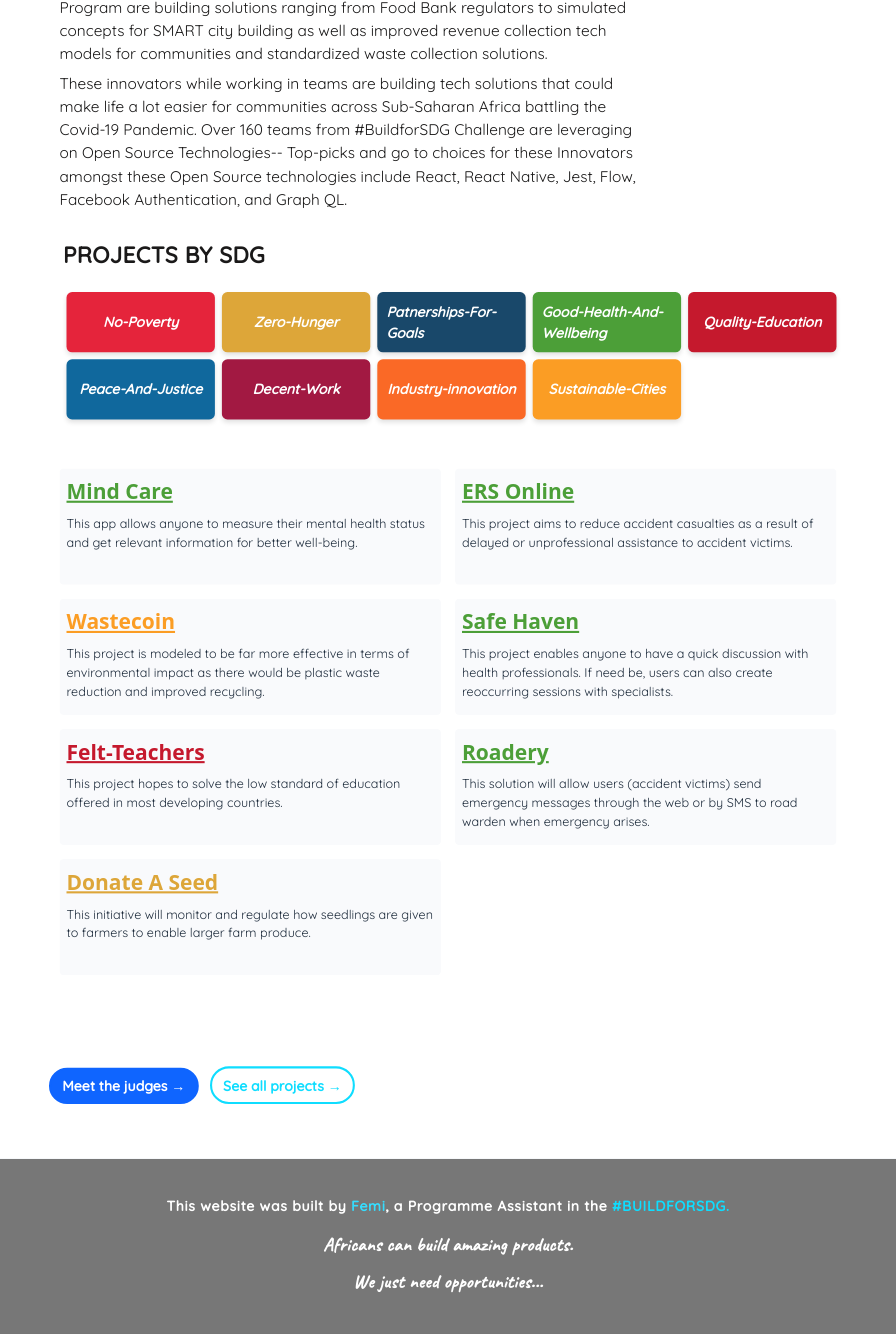
Repository: akinsikuoluwafemi/sdg-showcase-landing-page
Page: /
An editor plug-in stored every save of this project. The page is shown before and after a run of saves, followed by the edit.
The browser window is 1280 px wide. The pictures show the part of the page from y = 1156 to 3076 px (the page is 3061 px tall before and 3076 px after), at 70% of full size.
Some web libraries are served in a nearby version. The project was rebuilt for these pictures with package versions that can differ from the ones it lists, and the page was loaded fresh each time. Also part of the build but not shown: src/data.js, src/pages/Themes.js, src/pages/Projects.js, src/pages/Judges.js, src/pages/SingleTheme.js. Imported but missing from the stored project, and not drawn on this page: src/pages/Error.

Above is the page before, as saved 2020-07-24 21:58:46.

### public/index.html
<!DOCTYPE html>
<html lang="en">
  <head>
    <meta charset="utf-8" />
    <link rel="icon" href="%PUBLIC_URL%/favicon.ico" />
    <meta name="viewport" content="width=device-width, initial-scale=1" />
    <meta name="theme-color" content="#000000" />
    <meta
      name="description"
      content="Web site created using create-react-app"
    />
    <link rel="apple-touch-icon" href="%PUBLIC_URL%/logo192.png" />
    <!--
      manifest.json provides metadata used when your web app is installed on a
      user's mobile device or desktop. See https://developers.google.com/web/fundamentals/web-app-manifest/
    -->
    <link rel="manifest" href="%PUBLIC_URL%/manifest.json" />
    <script defer src="https://use.fontawesome.com/releases/v5.0.6/js/all.js"></script>
    <link rel="manifest" href="%PUBLIC_URL%/manifest.json" />
    <link rel="stylesheet" href="https://stackpath.bootstrapcdn.com/bootstrap/4.4.1/css/bootstrap.min.css" integrity="sha384-Vkoo8x4CGsO3+Hhxv8T/Q5PaXtkKtu6ug5TOeNV6gBiFeWPGFN9MuhOf23Q9Ifjh"
      crossorigin="anonymous">
      <link href="https://fonts.googleapis.com/css2?family=Alfa+Slab+One&family=Anton&display=swap" rel="stylesheet">
      <link href="https://fonts.googleapis.com/css2?family=Caveat&display=swap" rel="stylesheet">
      <link href="https://fonts.googleapis.com/css2?family=Quicksand:wght@300;400;500&display=swap" rel="stylesheet">
      <link rel="stylesheet" href="https://cdnjs.cloudflare.com/ajax/libs/animate.css/4.0.0/animate.min.css" />
    <!--
      Notice the use of %PUBLIC_URL% in the tags above.
      It will be replaced with the URL of the `public` folder during the build.
      Only files inside the `public` folder can be referenced from the HTML.

      Unlike "/favicon.ico" or "favicon.ico", "%PUBLIC_URL%/favicon.ico" will
      work correctly both with client-side routing and a non-root public URL.
      Learn how to configure a non-root public URL by running `npm run build`.
    -->

    <title>Buildforsdg Showcase Page</title>
  </head>
  <body>
    <noscript>You need to enable JavaScript to run this app.</noscript>
    <div id="root"></div>
    <!-- <div id="modal"></div> -->

    <!--
      This HTML file is a template.
      If you open it directly in the browser, you will see an empty page.

      You can add webfonts, meta tags, or analytics to this file.
      The build step will place the bundled scripts into the <body> tag.

      To begin the development, run `npm start` or `yarn start`.
      To create a production bundle, use `npm run build` or `yarn build`.
    -->
    <script src="https://code.jquery.com/jquery-3.3.1.slim.min.js" integrity="sha384-q8i/X+965DzO0rT7abK41JStQIAqVgRVzpbzo5smXKp4YfRvH+8abtTE1Pi6jizo"
      crossorigin="anonymous">
      </script>
    <script src="https://cdnjs.cloudflare.com/ajax/libs/popper.js/1.14.7/umd/popper.min.js" integrity="sha384-UO2eT0CpHqdSJQ6hJty5KVphtPhzWj9WO1clHTMGa3JDZwrnQq4sF86dIHNDz0W1"
      crossorigin="anonymous">
      </script>
    <script src="https://stackpath.bootstrapcdn.com/bootstrap/4.3.1/js/bootstrap.min.js" integrity="sha384-JjSmVgyd0p3pXB1rRibZUAYoIIy6OrQ6VrjIEaFf/nJGzIxFDsf4x0xIM+B07jRM"
      crossorigin="anonymous">
      </script>


  </body>
</html>

### src/index.css
html {
  font-size: 62.5%!important;
}

body {

  -webkit-font-smoothing: antialiased;
  -moz-osx-font-smoothing: grayscale;
    font-family: "Klima Web", system-ui, -apple-system, BlinkMacSystemFont, "Segoe UI", Roboto, "Helvetica Neue", Helvetica, sans-serif;
    font-family: "Quicksand",sans-serif;
    /* line-height: 1.5; */
    font-weight: 400;
    color: #1f2d3d;
    margin: 0px;
    padding: 0px;
}

code {
  font-family: source-code-pro, Menlo, Monaco, Consolas, 'Courier New',
    monospace;
}

### src/pages/Home.js
import React, { useEffect, useContext, useState } from 'react';
import { Link } from 'react-router-dom';
import '../App.scss';

import Aos from 'aos';
import "aos/dist/aos.css";
import Footer from '../components/Footer/Footer';
import { ModeContext } from '../contexts/ModeContext';
import { ModalContext } from '../contexts/ModalContext';
import { ProjectContext } from '../contexts/context';

import ProjectList from '../components/ProjectList/ProjectList';
import ProjectDetail from '../components/ProjectDetail/ProjectDetail';
import sdg from '../images/sdg.png';
import andela from '../images/andela.png';
import ThemeContainer from '../components/ThemeContainer';

const Home = () => {

    useEffect(() => {
        Aos.init({
            duration: 2000
        })
    },[])

    let { darkMode } = useContext(ModeContext)
    let { featuredProjects : projects, loading }= useContext(ProjectContext);
    console.log(loading)
    let [selectedProject, setSelectedProject] = useState(null);

    const [showModal, setShowModal] = useState(false)


    const onProjectSelect = (project) => {
        setSelectedProject(project);

    }



    return (
        <ModalContext.Provider value={{ showModal, setShowModal }}>

            <div>

                <div className="bg-header">
                    <div className="page-head">
                        <div className="sponsors">
                            <span style={{ textAlign: 'center' }}> <img className="andela" src={andela} alt="andela" /> &nbsp; </span> <span className="facebook">FACEBOOK</span>
                        </div>

                        <p className="build-container">#BUILDF<span><img className="sdg-small" src={sdg} alt="sdg" />R</span> <span >SDG</span></p>
                        <p className="challenge animate__animated animate__pulse">CHALLENGE <span className="year">2020</span></p>

                    </div>


                </div>





                <div className={darkMode ? `dark-mode bg-section2` : `light-mode bg-section2`}>
                    <div className="container ">
                        <div className="row">
                            <div className="col-12 col-lg-9 my-5 intro-container">
                                <p className={darkMode ? `color-light`: `color-dark`}>The <span style={{ color: '#0fddff' }}>#BuildforSDG</span> Challenge is a Facebook and Andela partnership initiative to up-skill developers across Sub-Saharan (Kenya, Uganda, Cameroon, Ghana, Nigeria and South-Africa) through a six-week immersive program where selected developers worked in agile remote teams to innovate on projects relating to the SDGs.</p>
                                <p className={darkMode ? `color-light` : `color-dark`}>The <span style={{ color: '#0fddff' }}>#BuildforSDG</span> program is committed to helping empower you to build real-world, locally and relevant solutions focused on the Sustainable Development Goals(SDGs) while gaining skills you need to advance your career.</p>
                                <p className={darkMode ? `color-light` : `color-dark`}>The <span style={{ color: '#0fddff' }}>Goal of the #BuildforSDG Challenge 2020</span> is to empower developers to build global, high-value, high-impact projects to help improve their market-readiness while learning within the community.</p>
                            </div>
                        </div>

                    </div>
                </div>





                <div className={darkMode ? `dark-mode` : `light-mode `}>
                    <div className="container ">
                        <div className="row">
                            <h2 className="top-projects  my-5">Top 60 Projects</h2>
                        </div>
                        <div  className="row">
                            <div className="col-12 col-lg-9 ">
                                <p className={darkMode ? `color-light intro-container ` : `color-dark intro-container`}>With over 175 team projects in the works, the Innovators of the #BuildforSDG Program are building solutions ranging from Food Bank regulators to simulated concepts for SMART city building as well as improved revenue collection tech models for communities and standardized waste collection solutions.</p>
                                <p className={darkMode ? `color-light intro-container` : `color-dark intro-container`}>These innovators while working in teams are building tech solutions that could make life a lot easier for communities across Sub-Saharan Africa battling the Covid-19 Pandemic. Over 160 teams from #BuildforSDG Challenge are leveraging on Open Source Technologies-- Top-picks and go to choices for these Innovators amongst these Open Source technologies include React, React Native, Jest, Flow, Facebook Authentication, and Graph QL.</p>

                            </div>
                        </div>

                    </div>
                </div>


                <div className={darkMode ? `dark-mode` : `light-mode`}>
                    <div className="container ">
                        <div className="row">
                            <h2 className={darkMode ? `color-light theme-header my-4` : `color-dark theme-header my-4`}>PROJECTS BY SDG</h2>
                        </div>

                        <ThemeContainer/>


                    </div>
                </div>

                <div className={darkMode ? `dark-mode` : `light-mode`}>
                    <div className="container py-5">


                        <ProjectDetail project={selectedProject} />

                        {/* <Loading/> */}

                        <ProjectList projects={projects} onProjectSelect={onProjectSelect} />

                    </div>
                </div>

                <div className={darkMode ? `dark-mode` : `light-mode`}>
                    <div className="container ">
                        <div className="row twobuttons">
                            <div >
                                <Link className="judges-btn" to="/judges">Meet the judges →</Link>
                                <Link className="projects-btn" to="/projects">See all projects →</Link>
                            </div>
                        </div>
                    </div>
                </div>






                <Footer />




            </div>
        </ModalContext.Provider>



        )
}



export default Home;

### src/components/Footer/Footer.scss
.foot {
    background: #E0E6ED!important;
}

.light-footer {
    background: #777!important;
    color: #222!important;
    font-weight: bolder;

}

.dark-footer {
    font-weight: bolder;
    color: #E0E6ED!important;
    background: #222!important;
}

.footer {
    font-size: 1.5rem;
    letter-spacing: .1rem;
//   position: fixed;
    height: 30rem;
  left: 0;
  bottom: 0;
  width: 100%;
  background-color: #E0E6ED;
  color: white;
  text-align: center;
  display: flex;
  flex-direction: column;
  justify-content: center;
  align-items: center;

  &-heading {
        font-family: inherit;
        padding: 1.5rem 0;
        letter-spacing: 0.02em;
        line-height: 1.125;
        color: var(--theme-ui-colors-secondary,#3c4858);
        font-size: 2.7rem;
        margin-top: 0;
        margin-bottom: -.8rem;
        font-family: 'Caveat', cursive;
        color: white;
        font-weight: bold;


    }

}



.foote {
    display: grid!important;
    height: 25rem;

    // background: #777;
    grid-template-columns: 80px repeat(11, 1fr)!important;
    grid-template-rows: repeat(12,1fr)!important;
}


// .arrow-container {
//     // background: pink;
//     grid-column: 1/2;
//     grid-row: 1/-1;
//     height: 20rem;

//     // align-items: end;
//     justify-content: center;
//     display: grid;
//     overflow: hidden;


// }

.arrow-image {
    width: 3rem;
    align-items: center;
    align-content: center;
    grid-row: 9/10;
    cursor: pointer;

}

.footer-background {
    background: #E0E6ED;
    height: 25rem;
    grid-column: 1/-1;
    grid-row: 1/-1;
    // background: linear-gradient(-45deg, #EE7752, #E73C7E, #23A6D5, #23D5AB );
    // background: linear-gradient(-45deg, #E5243B, #4C9F38, #10689D, #FB9D24 );
    // opacity: .7;
    color: white;
    // background-size: 400% 400%;
    position: relative;
    // animation: change 30s ease-in-out infinite;
    display: grid;
    font-size: 2rem;
}

// @keyframes change {
//     from {
//         background-position: 0 50%;
//     }
//     50% {
//         background-position: 100% 50%;
//     }
//     to {
//         background-position: 0 50%;
//     }
// }

.footer-text {
    justify-content: center;
    align-items: center;
    align-self: center;
    color: white;
    opacity: 1;
}

.shake:hover {
    animation: shakeY; /* referring directly to the animation's @keyframe declaration */
  animation-duration: 2s;
}

Loaded but not shown: src/serviceWorker.js (common file); src/components/ProjectDetail/ProjectDetail.js (126 lines, source omitted); src/App.js (67 lines, source omitted); src/components/ThemeContainer.js (76 lines, source omitted); src/contexts/context.js (69 lines, source omitted); src/components/Footer/Footer.js (29 lines, source omitted); src/components/ProjectItem/ProjectItem.js (32 lines, source omitted); src/components/ProjectList/ProjectList.js (32 lines, source omitted); src/index.js (28 lines, source omitted); src/components/ThemeCard.js (13 lines, source omitted); src/components/Loading.js (12 lines, source omitted); src/contexts/ModalContext.js (3 lines, source omitted); src/contexts/ModeContext.js (3 lines, source omitted); src/App.scss (751 lines, source omitted)

After the next 5 saves:
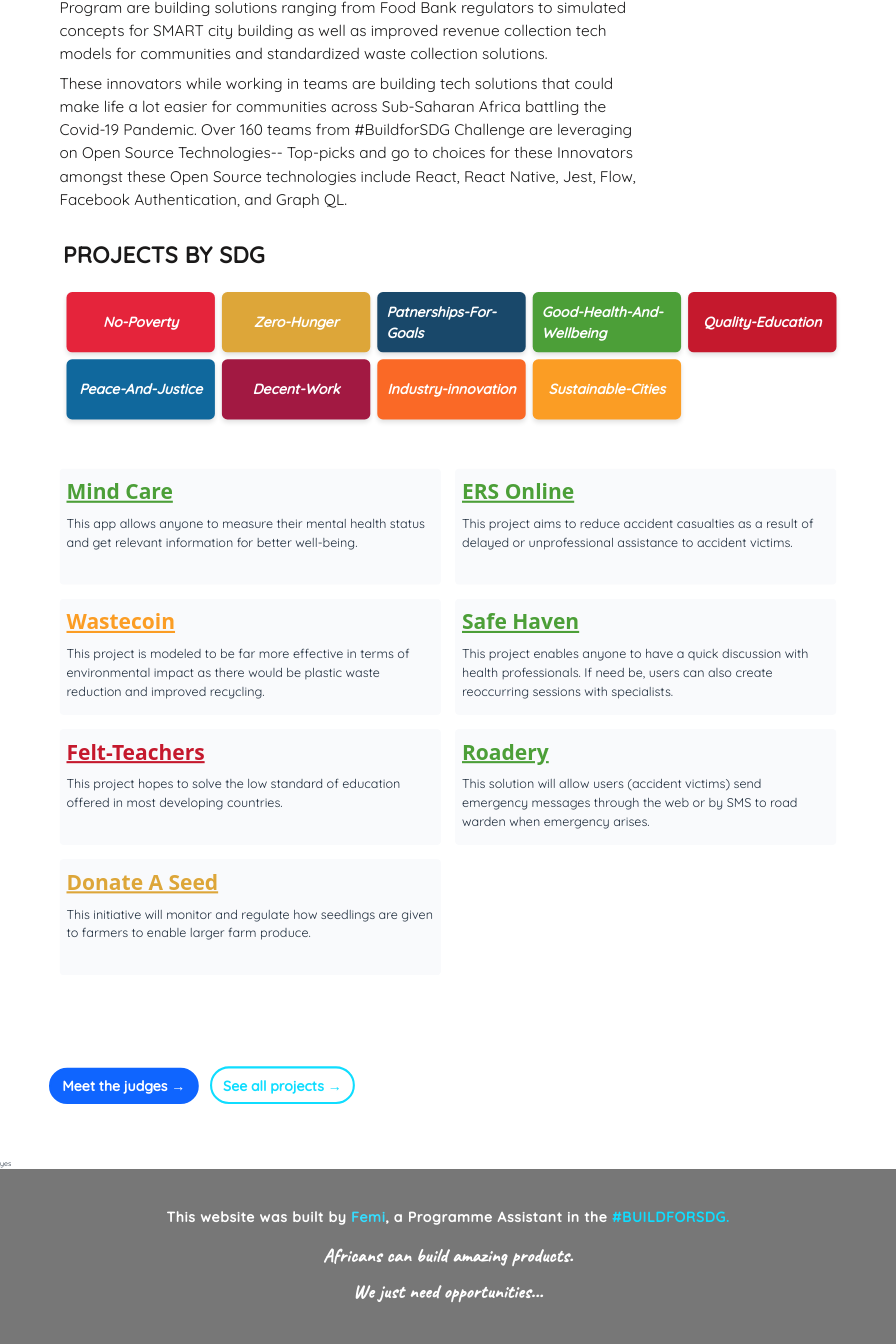
The 5 saves are shown as one change because they came seconds apart.
The last was saved 13 s later.
--- a/src/pages/Home.js
+++ b/src/pages/Home.js
@@ -132,8 +132,11 @@
                 </div>
 
 
+                {/*  */}
+                yes
 
 
+                {/*  */}
 
 
                 <Footer />

After the 5 saves that followed:
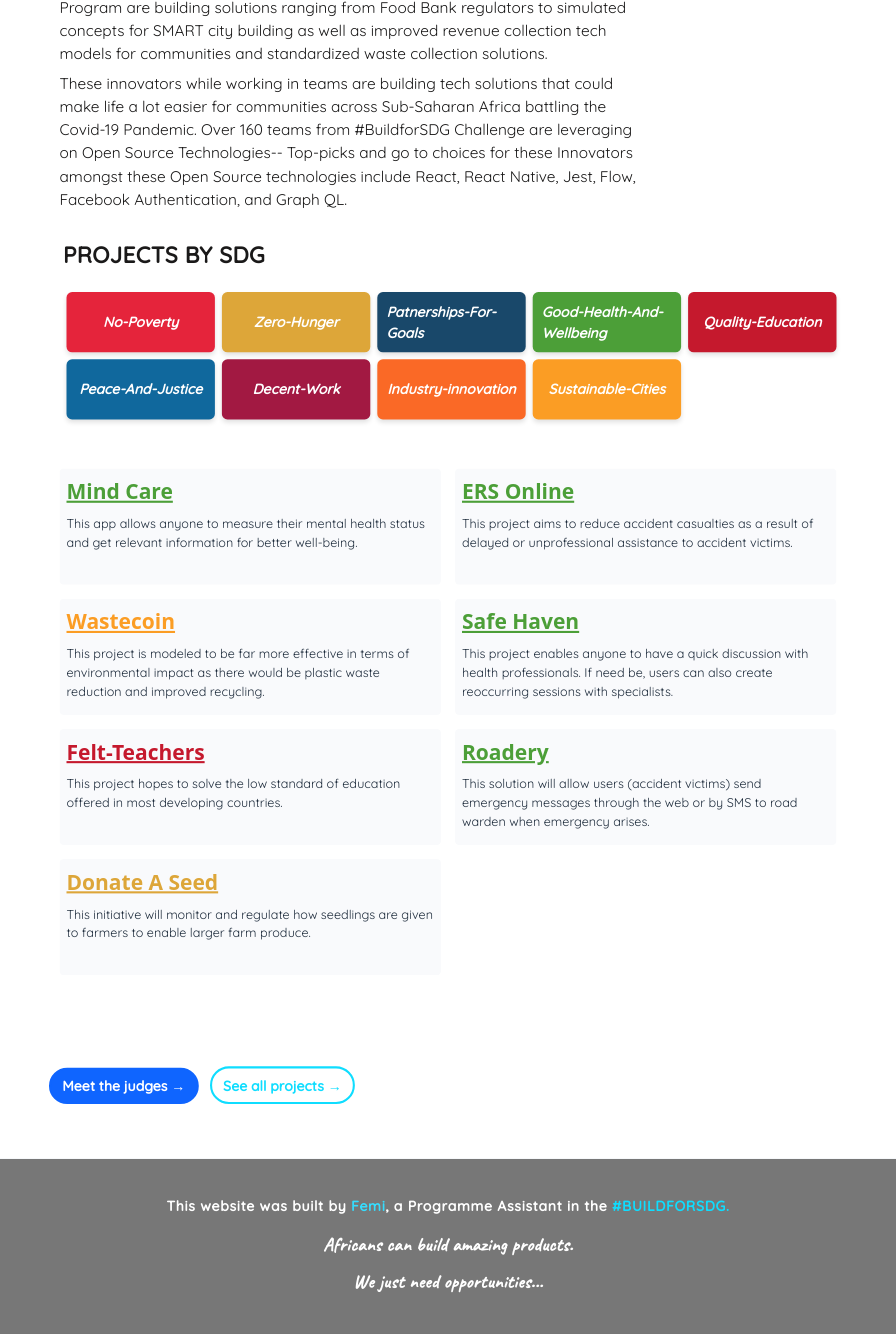
The 5 saves are shown as one change because 1 did not build or start and 2 left the picture as it was and some came seconds apart.
The last was saved 106 s later.
--- a/src/pages/Home.js
+++ b/src/pages/Home.js
@@ -14,6 +14,8 @@
 import sdg from '../images/sdg.png';
 import andela from '../images/andela.png';
 import ThemeContainer from '../components/ThemeContainer';
+
+import ReactPlayer from 'react-player';
 
 const Home = () => {
 
@@ -133,7 +135,7 @@
 
 
                 {/*  */}
-                yes
+
 
 
                 {/*  */}
